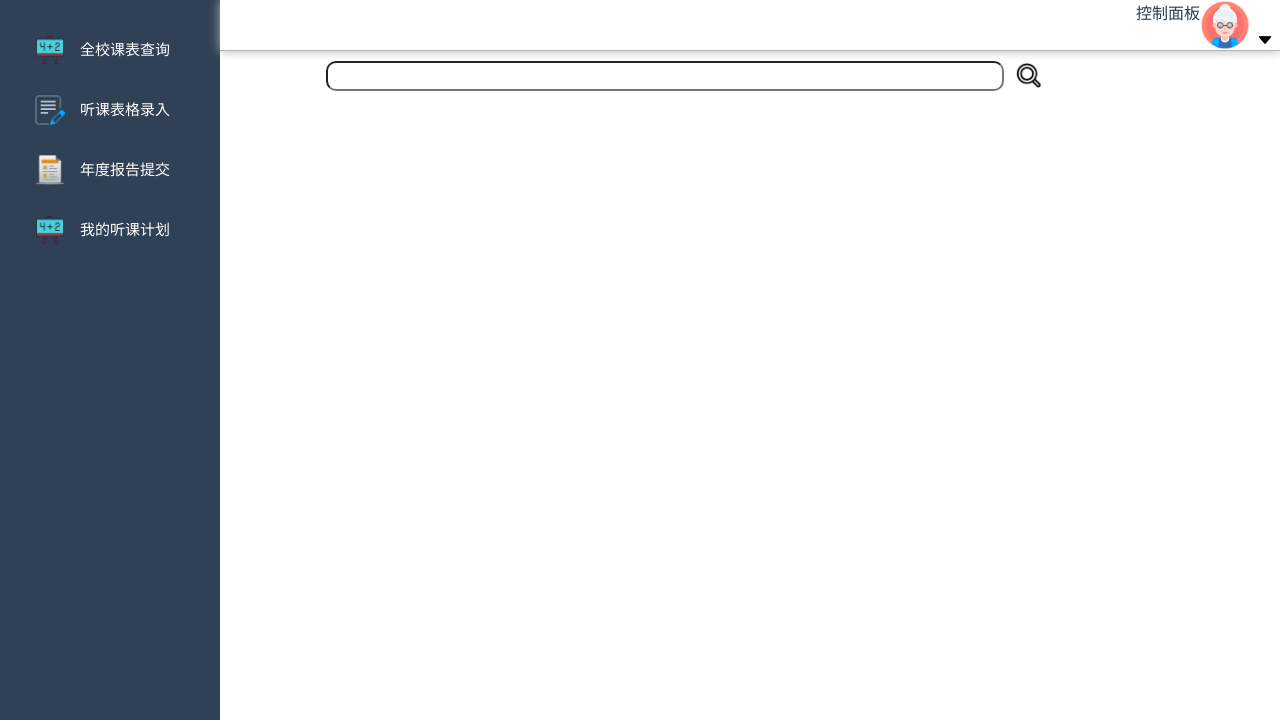
Repository: shandamengcheng/graduate-project
Page: /home
These files come from the project's save history. The page is drawn as it stood at one moment and after the next save; the edit follows.
The browser window is 1280 px wide. The pictures show the whole page.
The project was rebuilt for these pictures with package versions that can differ from the ones it lists, and the page was loaded fresh each time. Also part of the build but not shown: src/views/Login.vue, src/components/Record.vue, src/components/Report.vue, src/components/Plan.vue.

Above is the page before, as saved 2021-03-14 15:16:37.

After the next save:
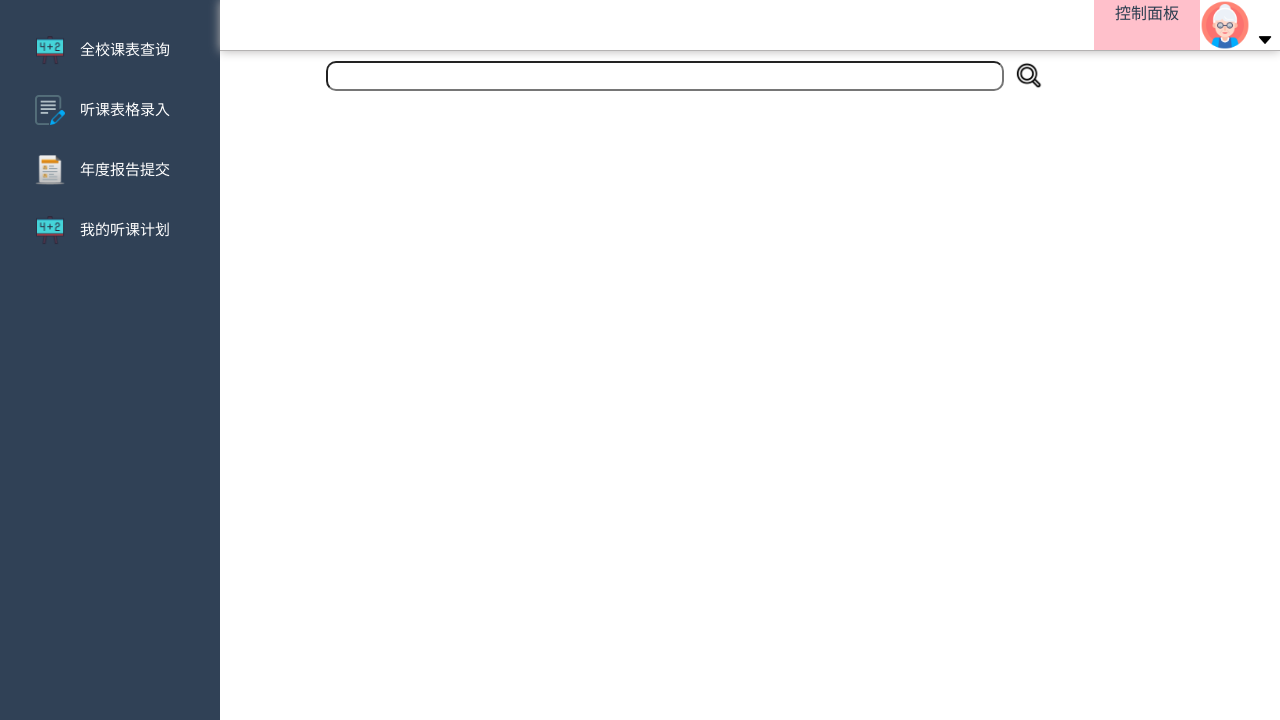
Saved 28 s later.
--- a/src/components/NavigationBar.vue
+++ b/src/components/NavigationBar.vue
@@ -71,5 +71,7 @@ export default {
 }
 .title {
   margin-left: 0;
+  width: 10%;
+  background: pink;
 }
 </style>
